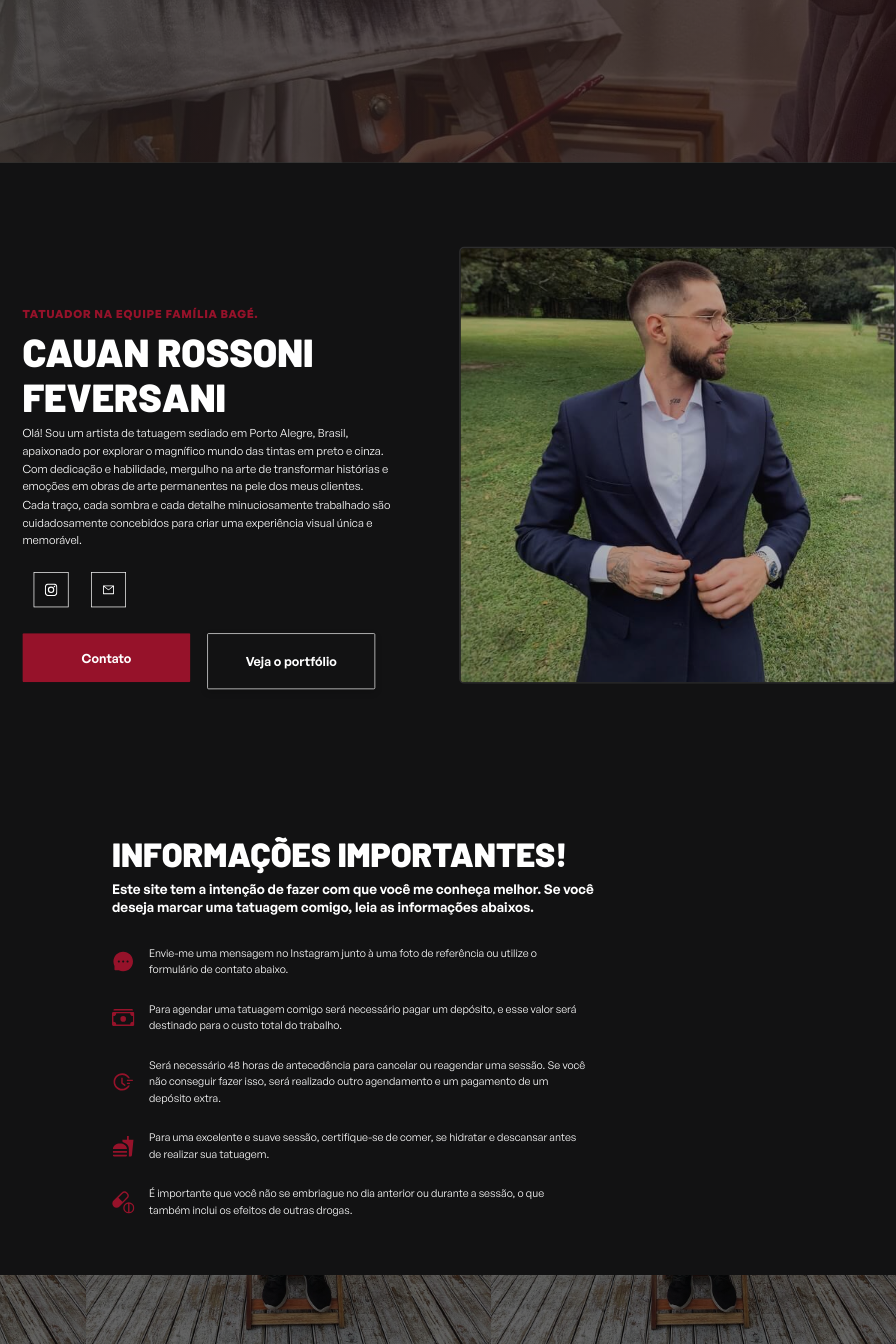
Repository: Leoka2000/S-tima-Ideia
Page: /
These files come from the project's save history. The page is drawn as it stood at one moment and after a run of saves; the edit follows.
The browser window is 1280 px wide. The pictures show the part of the page from y = 3672 to 5592 px (the page is 6791 px tall), at 70% of full size.
Backgrounds fixed to the window are drawn as part of the page. The project was rebuilt for these pictures with package versions that can differ from the ones it lists, and the page was loaded fresh each time. Some packages were replaced by stand-ins written for this rebuild. Also part of the build but not shown: src/pages/main/instagram/instagram.css, src/pages/main/instagram/instagram.jsx, src/App.css, src/pages/portfolio/portfolio.css, src/data/database-common.js, src/pages/portfolio/loop-content.jsx, src/pages/portfolio/portfolio.jsx, src/pages/portfolio/index.jsx and 2 more. Imported but missing from the stored project, and not drawn on this page: src/assets/videos/cauan-video.mp4.

Above is the page before, as saved 2023-07-10 20:09:51.

### public/index.html
<!DOCTYPE html>
<html lang="en">
  <head>
    <meta charset="utf-8" />
    <link rel="icon" href="%PUBLIC_URL%/logo.png" />
    <meta name="viewport" content="width=device-width, initial-scale=1" />
    <meta name="theme-color" content="#000000" />
    <meta
      name="description"
      content=""
    />
    <link rel="apple-touch-icon" href="%PUBLIC_URL%/logo192.png" />
    <!--
      manifest.json provides metadata used when your web app is installed on a
      user's mobile device or desktop. See https://developers.google.com/web/fundamentals/web-app-manifest/
    -->
    <link rel="manifest" href="%PUBLIC_URL%/manifest.json" />
    <!--
      Notice the use of %PUBLIC_URL% in the tags above.
      It will be replaced with the URL of the `public` folder during the build.
      Only files inside the `public` folder can be referenced from the HTML.

      Unlike "/favicon.ico" or "favicon.ico", "%PUBLIC_URL%/favicon.ico" will
      work correctly both with client-side routing and a non-root public URL.
      Learn how to configure a non-root public URL by running `npm run build`.
    -->
    <title>Setima Ideia</title>
  </head>
  <body>
    <noscript>You need to enable JavaScript to run this app.</noscript>
    <div id="root"></div>
    <!--
      This HTML file is a template.
      If you open it directly in the browser, you will see an empty page.

      You can add webfonts, meta tags, or analytics to this file.
      The build step will place the bundled scripts into the <body> tag.

      To begin the development, run `npm start` or `yarn start`.
      To create a production bundle, use `npm run build` or `yarn build`.
    -->
  </body>
</html>

### src/pages/main/index/index.jsx
import React from 'react'
import Hero from '../hero/hero'
import About from '../about/about'
import Carousel from '../carousel/carousel'
import HorizontalParallax2 from '../carousel/carousel2'
import LookPortfolio from '../olhe-portfolio'
import Video from '../video/video'
import Instagram from '../instagram/instagram'
import Form from '../contact/form'
import Contact from '../contact'
import Sobre from '../../sobre/about/about'

const index = () => {
  return (
    <>
      <Hero/>
      <About/>
      <Carousel/>
      <HorizontalParallax2/>
      <LookPortfolio/>
      <Video/>
      <Sobre/>
      {/* <Instagram/> */}
      <Contact/>
    </>
  )
}

export default index

### src/pages/sobre/about/about.jsx
import React from 'react'
import "./about.css"
import { BsFacebook } from 'react-icons/bs'
import { BsInstagram } from 'react-icons/bs'
import { AiOutlineMail } from 'react-icons/ai'
import cauan from '../../../assets/images/cauan.jpg'
import {Link} from 'react-scroll'

const Sobre = () => {
  return (
    <section id='about' className='sobre-section'>
      <main>
        <div className='sobre-left'>
          <h2>Tatuador na equipe Família Bagé.</h2>
          <h1>Cauan Rossoni Feversani</h1>
          <p>Olá! Sou um artista de tatuagem sediado em Porto Alegre, Brasil, apaixonado por explorar o magnífico mundo das tintas em preto e cinza. Com dedicação e habilidade, mergulho na arte de transformar histórias e emoções em obras de arte permanentes na pele dos meus clientes. Cada traço, cada sombra e cada detalhe minuciosamente trabalhado são cuidadosamente concebidos para criar uma experiência visual única e memorável. </p>
          <div className='sobre-icons-wrapper'>
            <a target='_blank' href='https://www.instagram.com/setimaideia.ink'>
              <BsInstagram />
            </a>
            <a href='mailto:contato.cauanrf@gmail.com'>
              <AiOutlineMail />
            </a>
          </div>
          <div className='sobre-button-wrapper'>
          <Link style={{ textDecoration: 'none' }} spy={true} smooth={true} offset={100} duration={500} to='form' ><button className='solid'>Contato</button></Link>
            <a target='_blank' href='https://www.instagram.com/setimaideia.ink'><button className='transparent'>Veja o portfólio</button></a>
          </div>
        </div>
        <div className='sobre-right'>
          <img alt='cauan' src={cauan}/>
        </div>
      </main>
    </section>
  )
}

export default Sobre

### src/components/footer/footer.jsx
import { useEffect } from 'react'
import './footer.css'
import { BsFacebook } from 'react-icons/bs'
import { BsInstagram } from 'react-icons/bs'
import { AiOutlineMail } from 'react-icons/ai'
import machine from '../../assets/icons/tattoo-machine.png'
import bage from '../../assets/brand/bage.jpg'
import { useLocation } from 'react-router-dom'
import { Link } from 'react-scroll'

const Footer = () => {

    const location = useLocation();

    useEffect(() => {
        window.scrollTo(0, 0);
    }, [location.pathname]);


    return (
        <footer>
            <main>
                <div className='footer-left'>
                    <div className='footer-cauan'>
                        <img src={machine} />
                        <p>Cauan Rossoni</p>
                    </div>

                    <div className='footer-icons-wrapper'>
                        <a target='_blank' href='https://www.instagram.com/setimaideia.ink/'>< BsInstagram /></a>
                        <a target='_blank' href='mailto:contato.cauanrf@gmail.com'><AiOutlineMail /></a>
                    </div>
                </div>
                <div className='footer-middle'>
                    <h1>Páginas</h1>
                    <Link style={{ textDecoration: 'none' }} spy={true} smooth={true} offset={100} duration={500} to='inicio' >Início</Link>
                    <Link style={{ textDecoration: 'none' }} spy={true} smooth={true} offset={100} duration={500} to='portfolio' >Portfolio</Link>
                    <Link style={{ textDecoration: 'none' }} spy={true} smooth={true} offset={100} duration={500} to='about' >Sobre</Link>
                </div>
                <div className='footer-right'><a target='_blank' href='https://www.instagram.com/_familiabagetattoo_/'><img src={bage} /></a></div>
            </main>
            <div className='leo-tag'>
                <p>Desenvolvido por <a target='_blank' style={{textDecoration: 'none'}} href='https://www.linkedin.com/in/leoreus/'>Leo Reus Oliveira</a></p>
            </div>
        </footer>
    )
}

export default Footer

### src/pages/main/hero/hero.jsx
import React from 'react';
import { motion } from 'framer-motion';
import './hero.css';
import logo from '../../../assets/brand/logoCorrected.png';
import { Link } from 'react-scroll';

const Hero = () => {
  const text = "Olá, aqui é o Cauan, bem-vindo ao meu website!";

  const parentVariants = {
    animate: {
      transition: {
        staggerChildren: 0.05,
      },
    },
  };

  const childVariants = {
    initial: {
      y: 20,
      opacity: 0,
    },
    animate: {
      y: 0,
      opacity: 1,
    },
  };

  return (
    <section id='inicio' className="hero-section">
      <div className="hero-wrapper">
        <img src={logo} alt="logo" />
        <motion.h1 variants={parentVariants} initial="initial" animate="animate">
          {text.split("").map((letter, index) => (
            <motion.span key={index} variants={childVariants}>{letter}</motion.span>
          ))}
        </motion.h1>
        <h2>Clique no botão abaixo para saber mais.</h2>
        <div>
          <Link to='sobre' className="colored-hero" style={{textDecoration: 'none'}} spy={true} smooth={true} offset={100} duration={500}>Saiba mais</Link>
        </div>
      </div>
    </section>
  );
};

export default Hero;

### src/pages/main/carousel/carousel.jsx
import C1 from '../../../assets/carousel/c1.jpg'
import C2 from '../../../assets/carousel/c2.jpg'
import C3 from '../../../assets/carousel/c4.jpg'
import C4 from '../../../assets/carousel/c5.jpg'
import C5 from '../../../assets/carousel/c6.jpg'
import C6 from '../../../assets/carousel/c7.jpg'
import C7 from '../../../assets/carousel/c20.jpg'
import C8 from '../../../assets/carousel/c11.jpg'
import C9 from '../../../assets/carousel/c12.jpg'

import C11 from '../../../assets/carousel/c15.jpg'
import C12 from '../../../assets/carousel/c16.jpg'
import C13 from '../../../assets/carousel/c17.jpg'
import C15 from '../../../assets/carousel/c19.jpg'
import C16 from '../../../assets/carousel/c21.jpg'





import React, {useState, useEffect} from "react";
import './carousel.css'

const images = [
  C1,
  C5,
  C4,
  C3,
  C7,
  C2,
  C6,
  //  C10,
  C8,
  C9,

  C11,
  C12,
  // C14,
  C13,
  C15,
  C16,
  // C17,



];

const HorizontalParallax = () => {
  const [scrollY, setScrollY] = useState(0);

  useEffect(() => {
    const handleScroll = () => {
      setScrollY(window.scrollY);
    };

    window.addEventListener("scroll", handleScroll);

    return () => {
      window.removeEventListener("scroll", handleScroll);
    };
  }, []);

  const calculateX = (scrollY) => {
    const minScroll = 0;
    const maxScroll = 2000;
    const minX = 0;
    const maxX = -2000;

    return (scrollY - minScroll) * ((maxX - minX) / (maxScroll - minScroll)) + minX;
  };

  const x = calculateX(scrollY);

  return (
    <div className="horizontal-parallax">
      <div className="images-container" style={{ transform: `translateX(${x}px)` }}>
        {images.map((image, index) => (
          <div key={index} className="image">
            <img src={image} alt={`Image ${index}`} />
          </div>
        ))}
      </div>
    </div>
  );
};

export default HorizontalParallax;

### src/pages/main/carousel/carousel2.jsx
import React, { useState, useEffect } from "react";
import './carousel.css'
import C1 from '../../../assets/carousel/c1.jpg'
import C2 from '../../../assets/carousel/c2.jpg'
import C13 from '../../../assets/carousel/c4.jpg'
import C4 from '../../../assets/carousel/c5.jpg'
import C5 from '../../../assets/carousel/c6.jpg'
import C6 from '../../../assets/carousel/c7.jpg'
// import C7 from '../../../assets/carousel/c10.jpg'
import C8 from '../../../assets/carousel/c11.jpg'
import C9 from '../../../assets/carousel/c12.jpg'
// import C10 from '../../../assets/carousel/c13.jpg'
import C11 from '../../../assets/carousel/c15.jpg'
import C12 from '../../../assets/carousel/c16.jpg'
// import C13 from '../../../assets/carousel/c17.jpg'
import C15 from '../../../assets/carousel/c19.jpg'
import C16 from '../../../assets/carousel/c21.jpg'

const images = [
  C1,
  C5,
  C4,
  // C7,
  C2,
  C6,
  C13,
  C8,
  C9,
  // C10,
  C11,
  C12,
  // C13,
  C15,
  C16,
  // C17,
  // C18,
];

const HorizontalParallax2 = () => {
  const [scrollY, setScrollY] = useState(0);

  useEffect(() => {
    const handleScroll = () => {
      setScrollY(window.scrollY);
    };

    window.addEventListener("scroll", handleScroll);

    return () => {
      window.removeEventListener("scroll", handleScroll);
    };
  }, []);

  const calculateX = (scrollY) => {
    const minScroll = 0;
    const maxScroll = 3000;
    const minX = -2000;
    const maxX = 0;

    return (scrollY - minScroll) * ((maxX - minX) / (maxScroll - minScroll)) + minX;
  };

  const x = calculateX(scrollY);

  return (
    <div className="horizontal-parallax">
      <div className="images-container" style={{ transform: `translateX(${x}px)` }}>
        {images.map((image, index) => (
          <div key={index} className="image">
            <img src={image} alt={`Image ${index}`} />
          </div>
        ))}
      </div>
    </div>
  );
};

export default HorizontalParallax2;

### src/pages/main/olhe-portfolio/index.jsx
import React from 'react'
import './index.css'
import img from '../../../assets/images/Signature.jpg'
import silhouete from '../../../assets/icons/about-tattoo-machine.png'
import clown from '../../../assets/icons/rose.png'
import { useInView } from 'react-intersection-observer';
import { motion } from 'framer-motion'
import { Link } from 'react-router-dom'

const LookPortfolio = () => {

  const [ref1, inView1] = useInView({
    threshold: 0.3,
    triggerOnce: true,
    delay: 0.7
  });

  const [ref2, inView2] = useInView({
    threshold: 0.3,
    triggerOnce: true,
    delay: 0.9
  });

  return (
    <section id='portfolio' className='look-portfolio-section'>
      <img alt='silhouete' className='silhouete' src={silhouete} />
      <img alt='silhouete' className='clown' src={clown} />
      <motion.div
        ref={ref1}
        initial={{ opacity: 0 }}
        animate={inView1 ? { opacity: 1 } : { opacity: 0 }}
        transition={{ duration: 1 }}
        className='look-portfolio-left'>
        <img src={img} />
      </motion.div>
      <br/>
      <motion.div
        ref={ref2}
        initial={{ opacity: 0 }}
        animate={inView2 ? { opacity: 1 } : { opacity: 0 }}
        transition={{ duration: 1 }}
        className='look-portfolio-right'>
        <h1>Confira o meu portfólio!</h1>
        <p>Clique no link a baixo para acessar o meu portfólio no Instagram. Lá, você pode encontrar uma exposição dos meus trabalhos atualizados.</p>
        <a
         style={{textDecoration:'none'}} target='_blank' href='https://www.instagram.com/setimaideia.ink/'>Saiba mais</a>
      </motion.div>

    </section>
  )
}

export default LookPortfolio

### src/pages/main/video/video.jsx
import React, { useState } from 'react';
import './video.css';
import cauan from '../../../assets/videos/cauan-video.mp4'
import thumb from '../../../assets/images/Thumbnail.jpg'
import { FaPlay, FaTimes } from "react-icons/fa";

function Video() {
    const [showVideo, setShowVideo] = useState(false);

    function handlePlayClick() {
        setShowVideo(true);
        document.body.style.overflow = 'hidden';
    }

    function handleCloseClick() {
        setShowVideo(false);
        document.body.style.overflow = 'visible';
    }

    return (
        <section className="video-thumbnail">
            <div className='overlay-effect'>
                <div
                    className="thumbnail-image"

                >
                    <button
                        className="play-button"
                        onClick={handlePlayClick}
                    >
                        <FaPlay className="play-icon" />
                    </button>
                </div>
                {showVideo && (
                    <div className="video-overlay">
                        <button className="close-button" onClick={handleCloseClick}>
                            <FaTimes className="close-icon" />
                        </button>
                        <div className="video-wrapper">
                            <video src={cauan} controls autoPlay />
                        </div>
                    </div>
                )}
            </div>
        </section>
    );
}

export default Video

### src/pages/sobre/about/about.css
.sobre-section {
    color: white;
    margin-top: 7.5rem;
    margin-bottom: 4rem;




}
.sobre-section > main {
    display: flex;
    justify-content: space-between;
    height: 100%;

}
.sobre-left {
    display: flex;
    flex-direction: column;
    gap: 0.5rem;
    padding: 5rem 0 0 2rem;

}
.sobre-left > h2 {
    font-family: 'General Sans', sans-serif;
    color: #96122a;
font-weight: 700;
font-size: 1rem;
letter-spacing: 0.06em;
text-transform: uppercase;
}
.sobre-left > h1 {
    font-family: Barlow, sans-serif;
    font-size: 3.5rem;
    color: #fff;
font-size: 56px;
line-height: 4rem;
max-width: 40rem;
font-weight: 900;
text-transform: uppercase;
}
.sobre-left > p {
    max-width: 33rem;
    font-size: 1rem;
    line-height: 1.6rem;
}
.sobre-right {
    height: 100%;
}
.sobre-right > img {
    width: 40rem;
    height: 100%;
    border-radius: 7px;
    filter:opacity(0.7);
    border: 2px solid #393939;
}
.sobre-icons-wrapper {
    display: flex;
    gap: 1rem;
    margin-top: 1.5rem;
}
.sobre-icons-wrapper > a {
    display: flex;
    width: 50px;
    margin-left: 1rem;
    height: 50px;
    min-height: 50px;
    min-width: 50px;
    -webkit-box-pack: center;
    -webkit-justify-content: center;
    -ms-flex-pack: center;
    justify-content: center;
    -webkit-box-align: center;
    -webkit-align-items: center;
    -ms-flex-align: center;
    align-items: center;
    border-style: solid;
    cursor: pointer;
    border-width: 1px;
    border-color: #fff;
    background-color: transparent;
    -webkit-transition: background-color 300ms ease, color 300ms ease, -webkit-transform 300ms ease;
    transition: background-color 300ms ease, color 300ms ease, -webkit-transform 300ms ease;
    transition: transform 300ms ease, background-color 300ms ease, color 300ms ease;
    transition: transform 300ms ease, background-color 300ms ease, color 300ms ease, -webkit-transform 300ms ease;
    color: #fff;
    text-decoration: none;
}
.sobre-icons-wrapper > a:hover {
    border-color: #96122a;
background-color: #96122a;
-webkit-transform: translate(0px, -3px);
-ms-transform: translate(0px, -3px);
transform: translate(0px, -3px);
color: #fff;
}

.sobre-button-wrapper {
    display: flex;
    gap: 1.5rem;

    padding-top: 1.8rem;
    padding-bottom: 3.5rem;
}
.sobre-button-wrapper > a {
    border-bottom: none;
    text-decoration: none;

}
.solid {
    padding: 1.5rem;
    width: 15rem;
    margin-bottom: 1rem;
    cursor: pointer;
    -webkit-box-pack: center;
    -webkit-justify-content: center;
    -ms-flex-pack: center;
    justify-content: center;
    border: 1px solid transparent;
    border-radius: 2px;
    background-color: #96122a;
    -webkit-transition: box-shadow 300ms ease, -webkit-transform 300ms ease;
    transition: box-shadow 300ms ease, -webkit-transform 300ms ease;
    transition: box-shadow 300ms ease, transform 300ms ease;
    transition: box-shadow 300ms ease, transform 300ms ease, -webkit-transform 300ms ease;
    font-family: 'General Sans', sans-serif;
    color: #fff;
    line-height: 1.111em;
    font-weight: 500;
    text-align: center;
    text-decoration: none;
    text-transform: none;
    -webkit-transform-style: preserve-3d;
    transform-style: preserve-3d;
}

.solid:hover {
    box-shadow: 0 10px 20px 0 rgba(248, 19, 60, 0.2);
    -webkit-transform: translate3d(0px, -3px, 0.01px);
    transform: translate3d(0px, -3px, 0.01px);
    color: #fff;

}

.transparent:hover {
    background-color: #fff;
    -webkit-transform: translate3d(0px, -3px, 0.01px);
    transform: translate3d(0px, -3px, 0.01px);
    color: #121213;
}

.transparent {

    border-radius: 2px;
    width: 15rem;
    padding: 1.5rem;
    display: flex;
    align-items: center;
    justify-content: center;
    cursor: pointer;
    border-style: solid;
    border-width: 1px;
    border-color: #f0f0f0;
    background-color: transparent;
    box-shadow: 0 4px 10px 0 rgba(0, 0, 0, 0.2);
    -webkit-transition: background-color 300ms ease, color 300ms ease, -webkit-transform 300ms ease;
    transition: background-color 300ms ease, color 300ms ease, -webkit-transform 300ms ease;
    transition: transform 300ms ease, background-color 300ms ease, color 300ms ease;
    transition: transform 300ms ease, background-color 300ms ease, color 300ms ease, -webkit-transform 300ms ease;
    font-family: 'General Sans', sans-serif;
    color: #fff;

    font-weight: 500;
    text-align: center;
    text-transform: none;
    -webkit-transform-style: preserve-3d;
    transform-style: preserve-3d;
}


@media screen and (min-width: 1750px) {
    .sobre-right > img {
        width: 60rem;
        height: 100%;
    }
    .sobre-left {
        display: flex;
        flex-direction: column;
        gap: 1rem;
        padding: 5rem 0 0 8rem;

    }
}


@media screen and (max-width: 1032px) {
    .sobre-section > main {
       flex-direction: column;
    }
    .sobre-left {
        display: flex;
        flex-direction: column;
        align-items: center;
        text-align: center;
        gap: 1rem;
        padding: 5rem 0 0 2rem;

    }
    .sobre-right  {
       display: flex;
       justify-content: center;
    }
    .sobre-right> img {
       width: 70%;
       border-radius: 5px;
     }


}

@media screen and (max-width: 540px) {
.sobre-left > h1 {
    font-size: 32px;
    color: #fff;
    line-height: 1.196em;
}
.sobre-left > h2 {
    font-size: 0.9rem;
    line-height: 1.3em;

}
.sobre-left > p {
   font-size: 1rem;
   line-height: 1.5rem;
}
.sobre-button-wrapper {
    display: flex;
    flex-direction: column;
    gap: 1rem;
    width: 100%;

    padding-bottom: 3.5rem;
}
.sobre-button-wrapper > a {
    width: 100%;
}
.sobre-button-wrapper > a > button {
    width: 100%;

}
.sobre-left {
    display: flex;
    flex-direction: column;
    gap: 0.75rem;
    padding: 5rem 2rem 0 2rem;

}
 }

 @media screen and (max-width: 410px) {
    .sobre-left {
        padding: 5rem 2rem 0 2rem;

    }
    .sobre-button-wrapper {
      padding-left: 0.25rem;
      padding-right: 0.25rem;
    }
    .sobre-left > h2 {
      max-width: 20rem;

    }
  }

### src/pages/main/carousel/carousel.css
.horizontal-parallax {
  position: relative;
  width: 100%;
  height: 400px;
  overflow-x: hidden;
}

.images-container {
  position: absolute;
  top: 0;
  left: 0;
  height: 100%;
  white-space: nowrap;
}

.image {
  display: inline-block;
  width: 400px;
  height: 350px;
  margin-right: 20px;
  overflow: hidden;
}

.image img {
  width: 100%;
  height: 100%;
  object-fit: cover;
  border-radius: 4px;
  box-shadow: 0 2px 4px rgba(0, 0, 0, 0.3);
}

@media screen and (max-width: 650px) {
  .image {
    display: inline-block;
    width: 210px;
    height: 245px;
    margin-right: 20px;
    overflow: hidden;
  }
  .horizontal-parallax {
    position: relative;
    width: 100%;
    height: 350px;
    overflow-x: hidden;
  }

}

Loaded but not shown: src/index.js (36 lines, source omitted); src/routes.js (29 lines, source omitted); src/pages/main/contact/form.css (337 lines, source omitted); src/components/navbar/navbar.css (298 lines, source omitted); src/pages/main/about/about.css (266 lines, source omitted); src/pages/main/contact/form.jsx (95 lines, source omitted); src/pages/main/hero/hero.css (175 lines, source omitted); src/index.css (107 lines, source omitted); src/pages/main/olhe-portfolio/index.css (156 lines, source omitted); src/components/footer/footer.css (146 lines, source omitted); src/components/navbar/navbar.jsx (78 lines, source omitted); src/pages/main/video/video.css (140 lines, source omitted); src/pages/main/about/about.jsx (57 lines, source omitted); src/pages/main/contact/index.jsx (61 lines, source omitted)

After the next 2 saves:
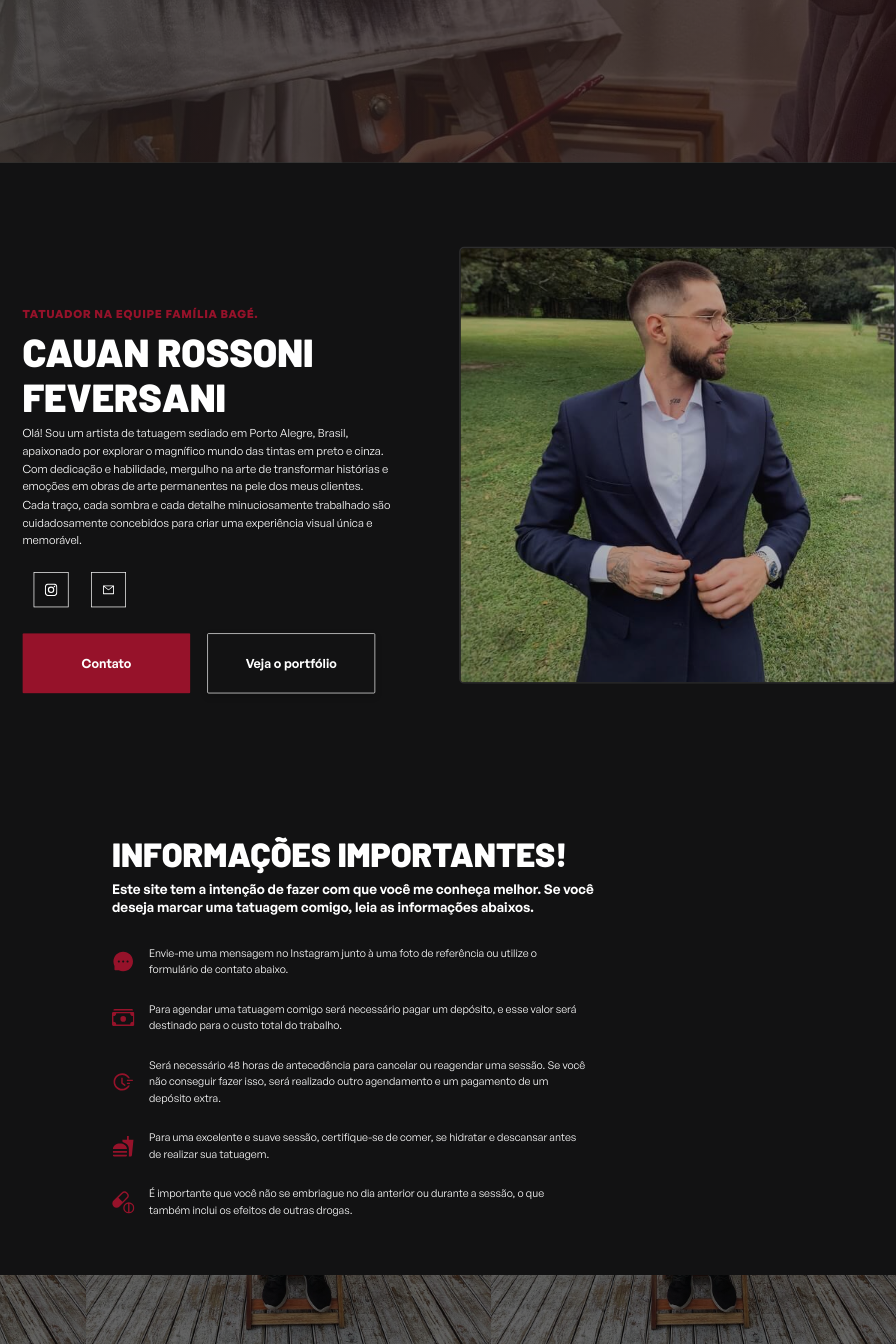
The 2 saves are shown as one change because they came seconds apart.
The last was saved 40 s later.
--- a/src/pages/sobre/about/about.css
+++ b/src/pages/sobre/about/about.css
@@ -109,6 +109,7 @@ color: #fff;
 .solid {
     padding: 1.5rem;
     width: 15rem;
+    height: 100%;
     margin-bottom: 1rem;
     cursor: pointer;
     -webkit-box-pack: center;
@@ -149,7 +150,7 @@ color: #fff;
 }
 
 .transparent {
-
+    height: 100%;
     border-radius: 2px;
     width: 15rem;
     padding: 1.5rem;
